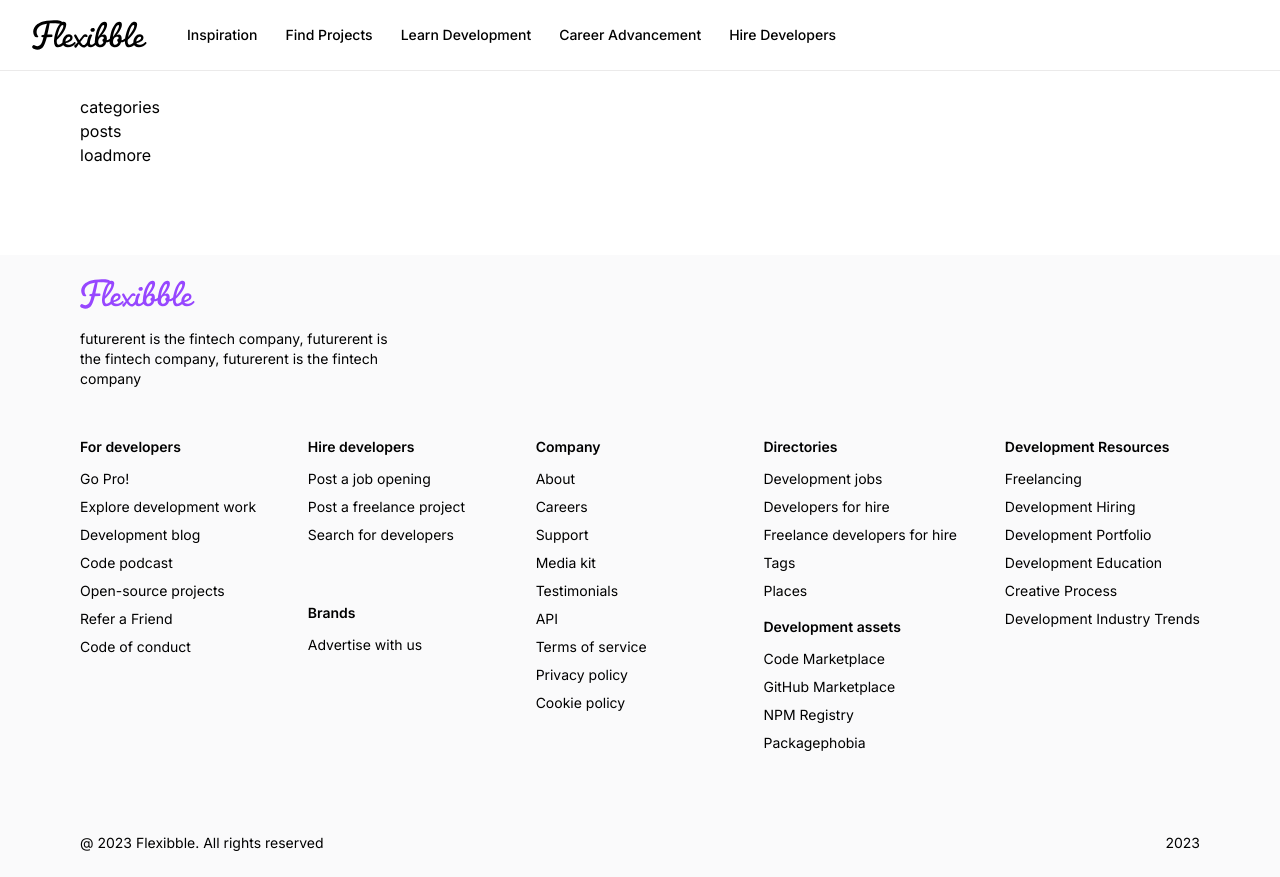
Repository: cicifuture/collectables
Page: /
These files come from the project's save history. The page is drawn as it stood at one moment and after the next save; the edit follows.
The browser window is 1280 px wide. The pictures show the whole page.
The page's requests for data from a server got no answer. The project was rebuilt for these pictures with package versions that can differ from the ones it lists, and the page was loaded fresh each time. The framework's server and built-in components were replaced by stand-ins that run in the browser. No one was signed in, and anything a server would have sent is missing. Also part of the build but not shown: next.config.js, components/AuthProviders.tsx.

Above is the page before, as saved 2023-09-26 20:06:43.

After the next save:
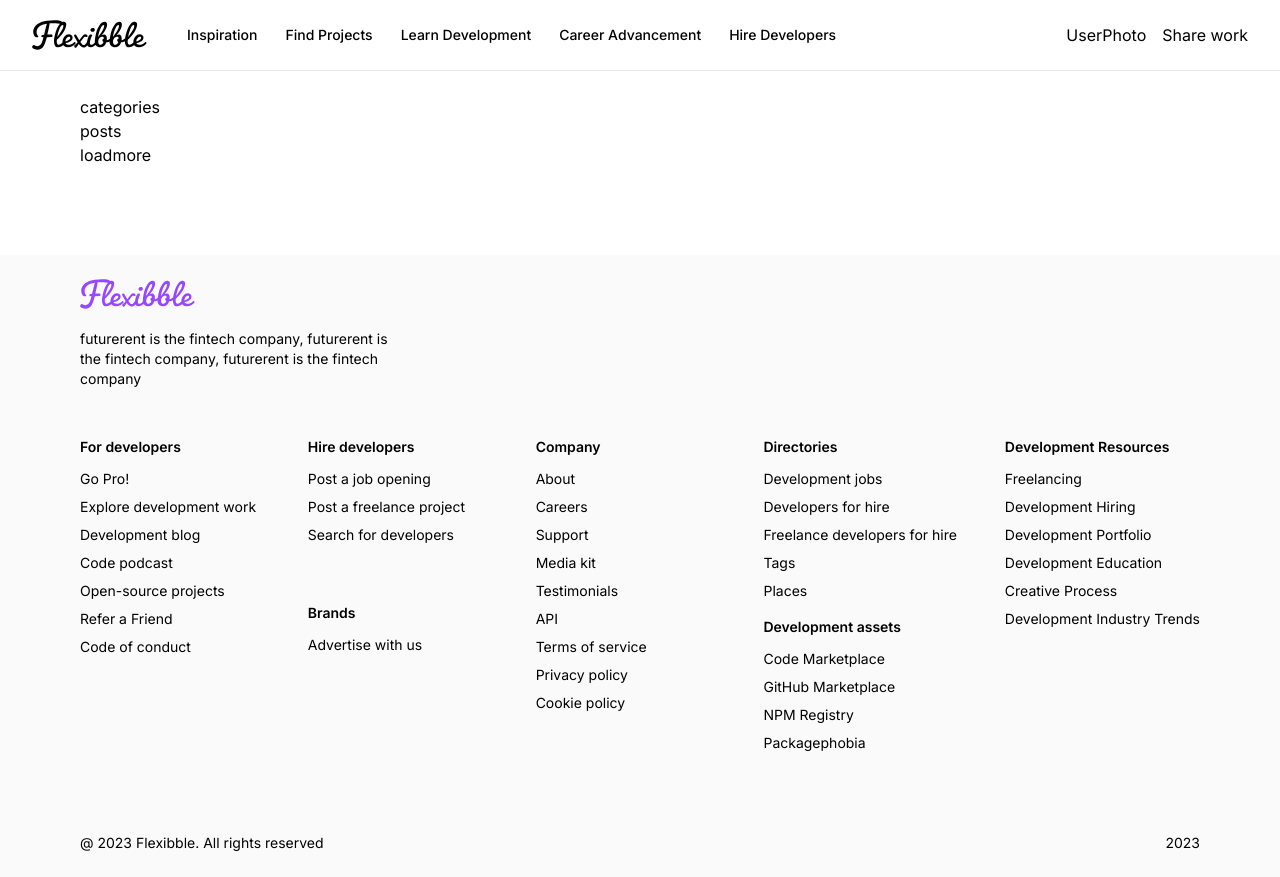
Saved 77 s later.
--- a/components/Navbar.tsx
+++ b/components/Navbar.tsx
@@ -3,8 +3,9 @@
 import Image from 'next/image'
 import { NavLinks } from '@/constants'
 import AuthProviders from './AuthProviders'
-const Navbar = () => {
-    const session = null;
+import { getCurrentUser } from '@/lib/session'
+const Navbar = async () => {
+    const session = await getCurrentUser;
   return (
     <nav className='flexBetween navbar'>
         <div className='flex-1 flexStart gap-10'>

After the save that followed:
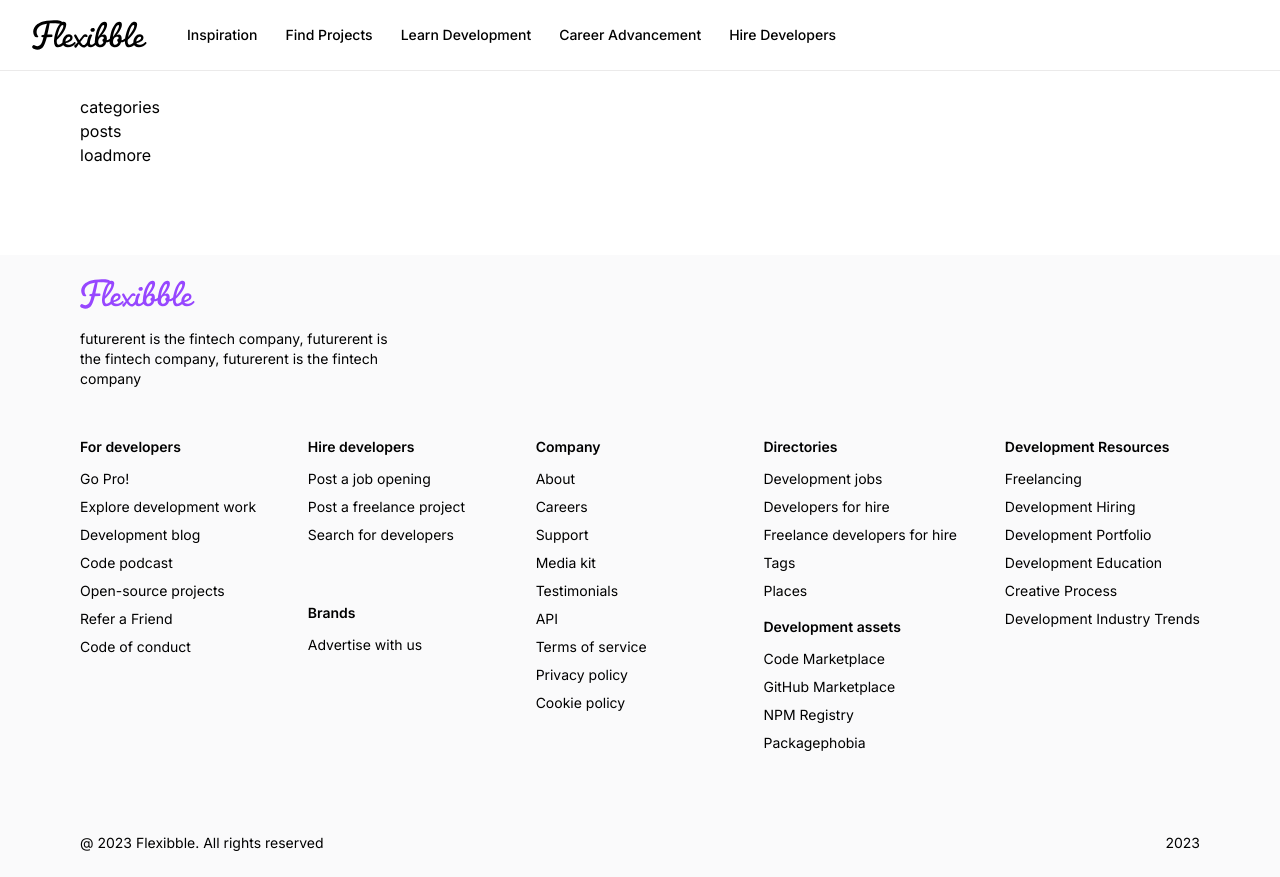
Saved 62 s later.
--- a/components/Navbar.tsx
+++ b/components/Navbar.tsx
@@ -5,7 +5,7 @@
 import AuthProviders from './AuthProviders'
 import { getCurrentUser } from '@/lib/session'
 const Navbar = async () => {
-    const session = await getCurrentUser;
+    const session = await getCurrentUser();
   return (
     <nav className='flexBetween navbar'>
         <div className='flex-1 flexStart gap-10'>
@@ -20,7 +20,7 @@
             </ul>
         </div>
         <div className='flexCenter gap-4'>
-              {session ? (
+              {session?.user ? (
                 <>
                 UserPhoto
                 <Link href='/create-project'>Share work</Link>
